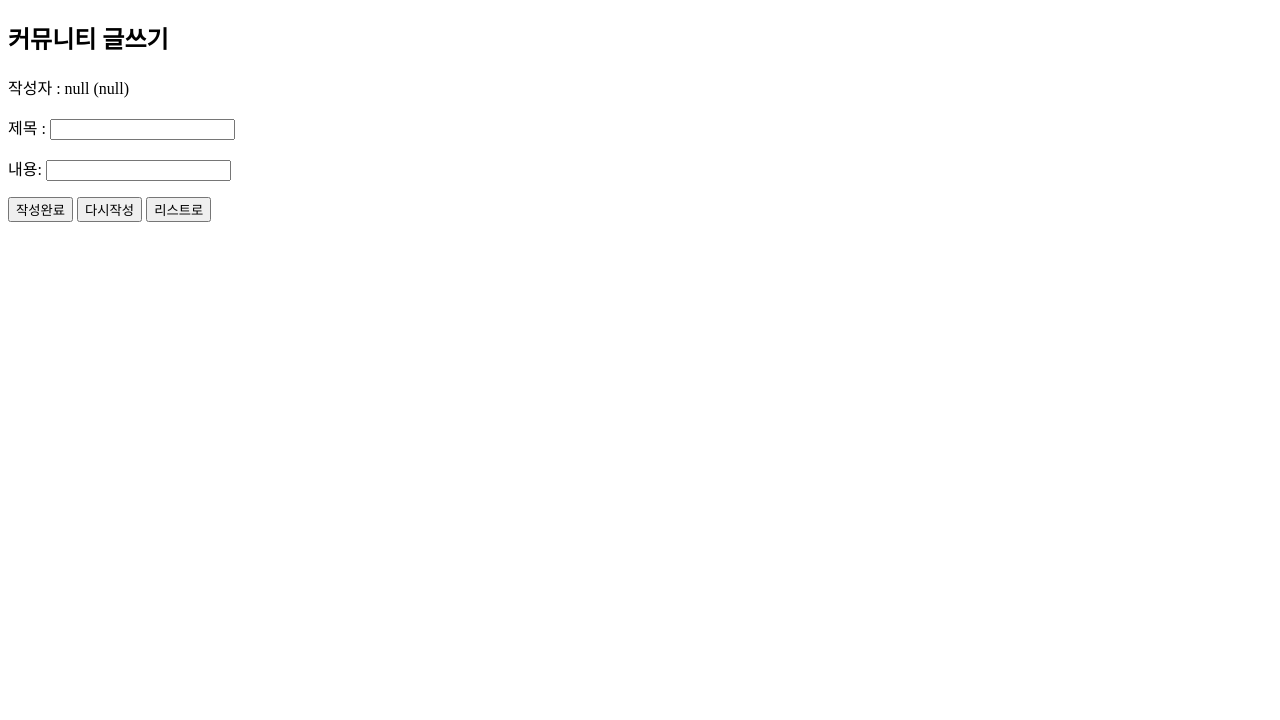
Repository: Blair-Kim/JSP
Page: http://localhost/Day4/board/write.jsp
An editor plug-in stored every save of this project. The page is shown before and after the next save, followed by the edit.
The browser window is 1280 px wide. The pictures show the whole page.
The page is served by Tomcat 9.

Above is the page before, as saved 2022-01-18 01:39:45.

After the next save:
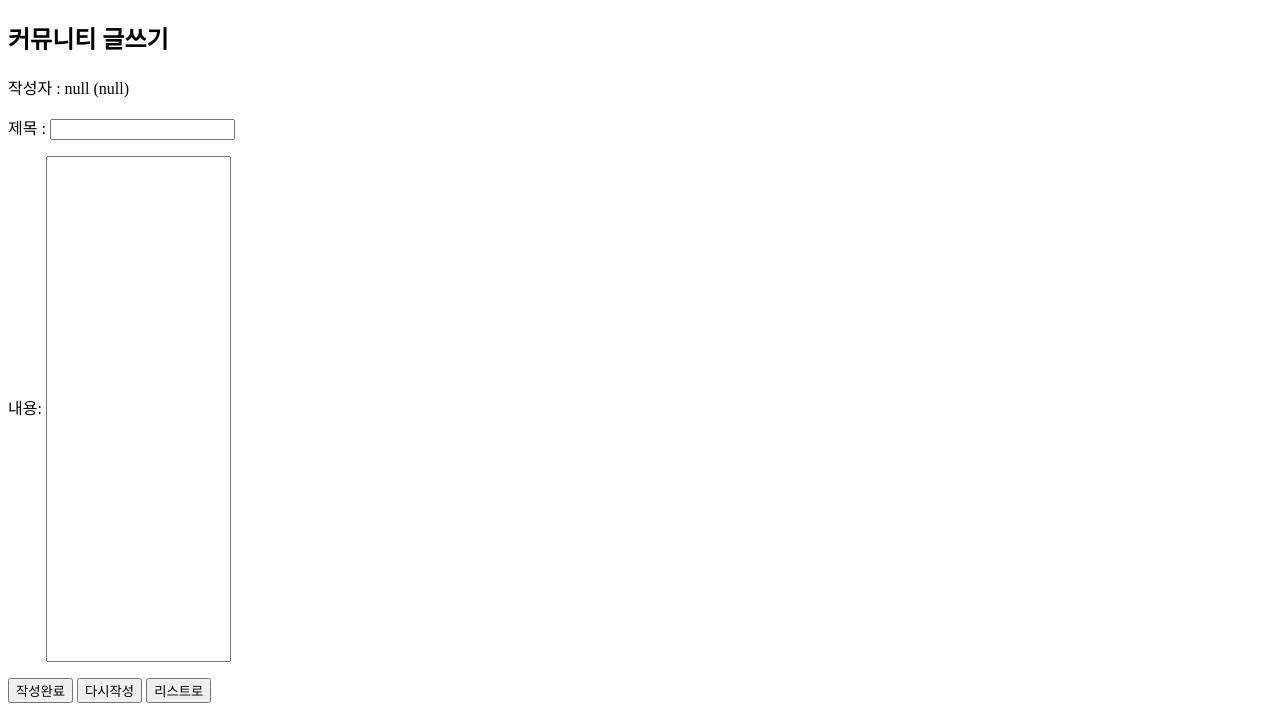
Saved 33 s later.
--- a/Day4/WebContent/board/write.jsp
+++ b/Day4/WebContent/board/write.jsp
@@ -23,7 +23,7 @@
         <input type="hidden" id="isssn" value="n">
         <p>작성자 : <%=userid%> (<%=name%>)</p>
         <p>제목 : <input type="text" name="b_title" id="b_title" maxlength="200"></p>
-        <p>내용: <input type="text" name="b_content" id="b_title" maxlength="2000" style="height:500px}"></p>
+        <p>내용: <input type="text" name="b_content" id="b_title" maxlength="2000" style="height:500px"></p>
         <p><input type="submit" value="작성완료"> <input type="reset" value="다시작성"> <input type="button" value="리스트로" onclick="location.href='./list.jsp'"></p>
     </form>
 

After the save that followed:
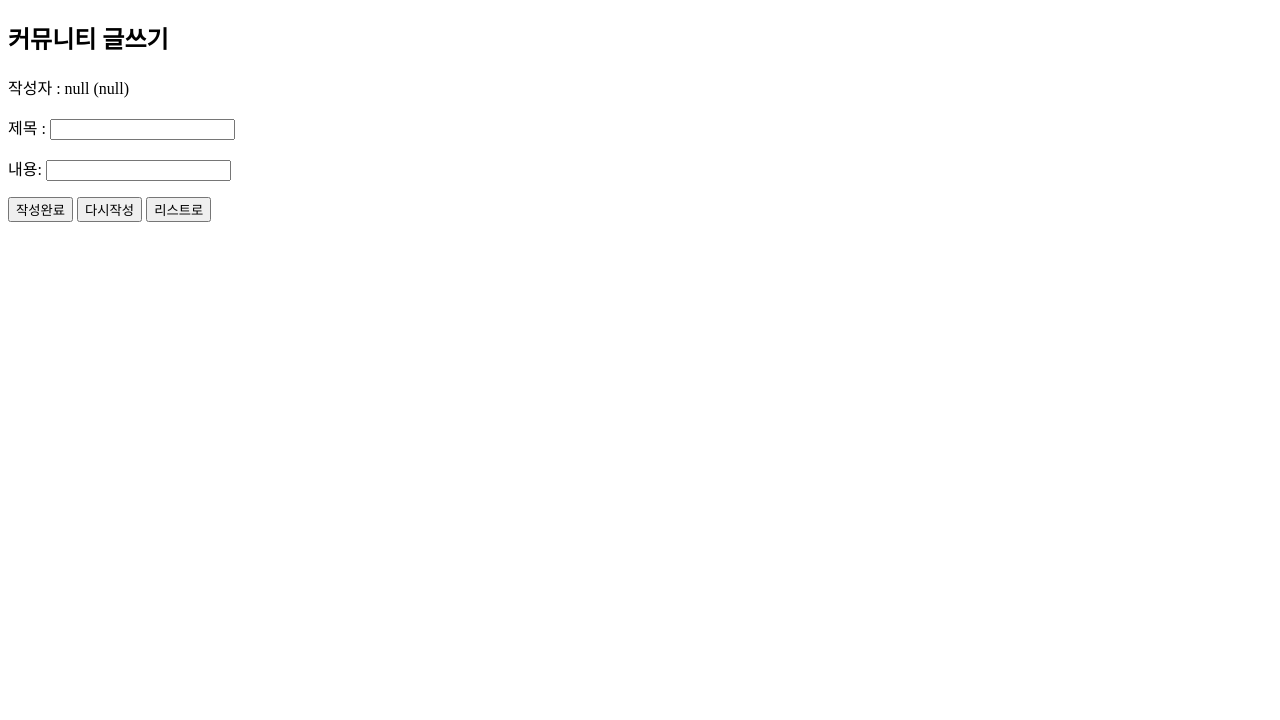
Saved 15 s later.
--- a/Day4/WebContent/board/write.jsp
+++ b/Day4/WebContent/board/write.jsp
@@ -23,7 +23,7 @@
         <input type="hidden" id="isssn" value="n">
         <p>작성자 : <%=userid%> (<%=name%>)</p>
         <p>제목 : <input type="text" name="b_title" id="b_title" maxlength="200"></p>
-        <p>내용: <input type="text" name="b_content" id="b_title" maxlength="2000" style="height:500px"></p>
+        <p>내용: <input type="text" name="b_content" id="b_title" maxlength="2000" style="height:500px, width:200px"></p>
         <p><input type="submit" value="작성완료"> <input type="reset" value="다시작성"> <input type="button" value="리스트로" onclick="location.href='./list.jsp'"></p>
     </form>
 
